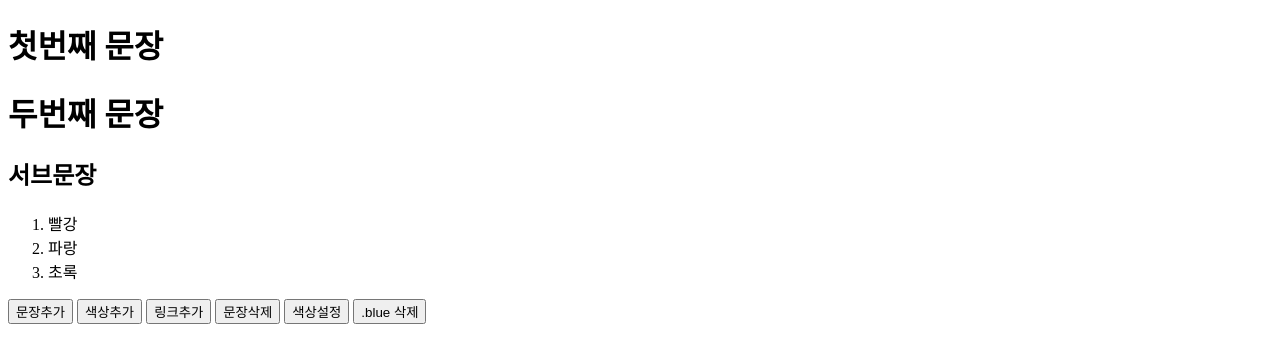
Repository: chopilyeon/JavaWeb
Page: LectureWeb/src/main/webapp/jquery/exam04.html
An editor plug-in stored every save of this project. The page is shown before and after the next save, followed by the edit.
The browser window is 1280 px wide. The pictures show the whole page.
After loading, the first visible `#btn05` was clicked once.

Above is the page before, as saved 2022-05-30 08:26:47.

### LectureWeb/src/main/webapp/jquery/exam04.html
<!DOCTYPE html>
<html>
<head>
<meta charset="UTF-8">
<title>Insert title here</title>

<style>
	red{}


</style>



<script src ="https://code.jquery.com/jquery-3.6.0.js"></script>
<script>
$(document).ready(function(){
/*
	$('#btn01').click(function(){
		let h1Tag=document.createElement('h1')
		let text=document.createTextNode("세번째 문장")
		h1Tag.appendChild(text)
		let divTag=document.querySelector('div')
		divTag
		divTag.appendChild(h1Tag)
	})
	//이렇게 한방에 해결할 수 있음
	*/
	$('#btn01').click(function(){
	//댓글이 위에 달리는지 밑에 달리는지는 여기서 설정한다!!
	//$('div').append('<h1>세번째 문장</h1>')
	$('div').prepend('<h1>세번째 문장</h1>') // 이거는 큰자식으로 들어가게 됨
	//div의 자식태그로 넣어주겠다 이거임. 위에꺼보다 훨씬 간단함.
})
	$('#btn02').click(function(){
		$('ol').append('<li>노랑</li>','<li>보라</li>')
	})


	//<after> 치면은 바로 옆에다가 만들 수 있음.
	//after('<button>')
	//before()
	$('#btn03').click(function(){
		$('div').before('<a href="http://www.naver.com">네이버</a>') // 형제로 가는게 before after
	})


	//자식으로 가는게 append prepend임

	//let은 지역변수임 pTags값 인식을 못함. 윈도우 객체에 추가시키자!!
	$('#btn04').click(function(){
		/* let pTags=document.querySelectorAll('h1') // let을 이런식으로 쓰면은 block안에서만 놀 수 있음  let안 붙이면은 윈도우 객체에 들어감.
		for(let i = 0; i<pTags.length;i++){
			//pTags[i].remove() //이게 안먹을 수도 있으니
			ptags[i].parentNode.removeChild(pTags[i]) //부모 태그를 찾아서 그 아이를 찾아내라~!!
		}
		 */
		$('div').remove() // 이러면 div를 지워버림 우리는 자식들을 지우고 싶음.
		$('div').empty() // 이러면 자식만 지워버림.
		$('div>*').remove('h1') // 이렇게 h1 태그만 지울 수도 있음. //div 의 자식중에 h1태그!!!!!
		// .remove('.c01','#id01') // 이렇게도 지울 수 있다
		//$('div>h1') // h1만 갖고 오라!!
	})

	$('#btn05').click(function(){
		$('h1').addClass('red','blue')
	})

	$('#btn06').click(function(){

	})




})
</script>



</head>
<body>
	<div>
		<h1>첫번째 문장</h1>
		<h1>두번째 문장</h1>
		<h2>서브문장</h2>
	</div>
	<ol>
		<li>빨강</li>
		<li>파랑</li>
		<li>초록</li>

	</ol>
	<button id="btn01">문장추가</button>
	<button id="btn02">색상추가</button>
	<button id="btn03">링크추가</button>
	<button id="btn04">문장삭제</button>
	<button id="btn05">색상설정</button>
	<button id="btn05">.blue 삭제</button>


</body>
</html>

After the next save:
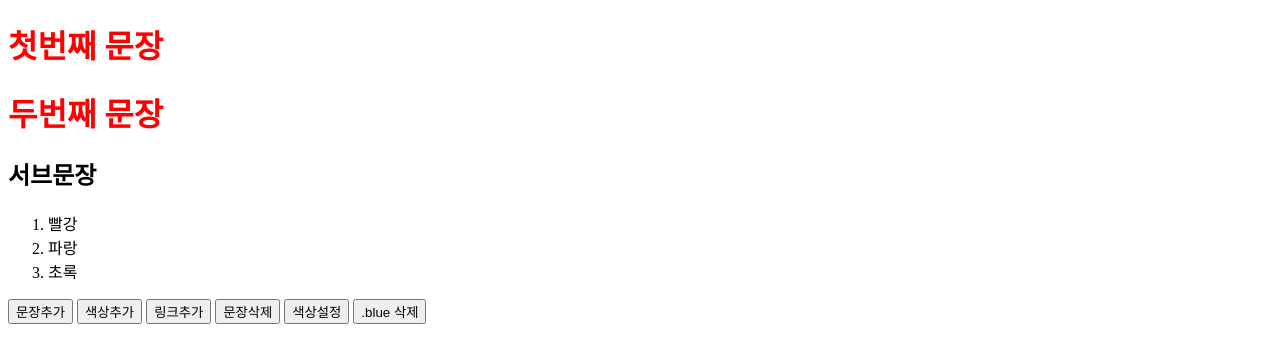
Saved 48 s later.
--- a/LectureWeb/src/main/webapp/jquery/exam04.html
+++ b/LectureWeb/src/main/webapp/jquery/exam04.html
@@ -5,7 +5,13 @@
 <title>Insert title here</title>
 
 <style>
-	red{}
+	.red{
+		color:red
+	}
+
+	.blue{
+		color:blue
+	}
 
 
 </style>
